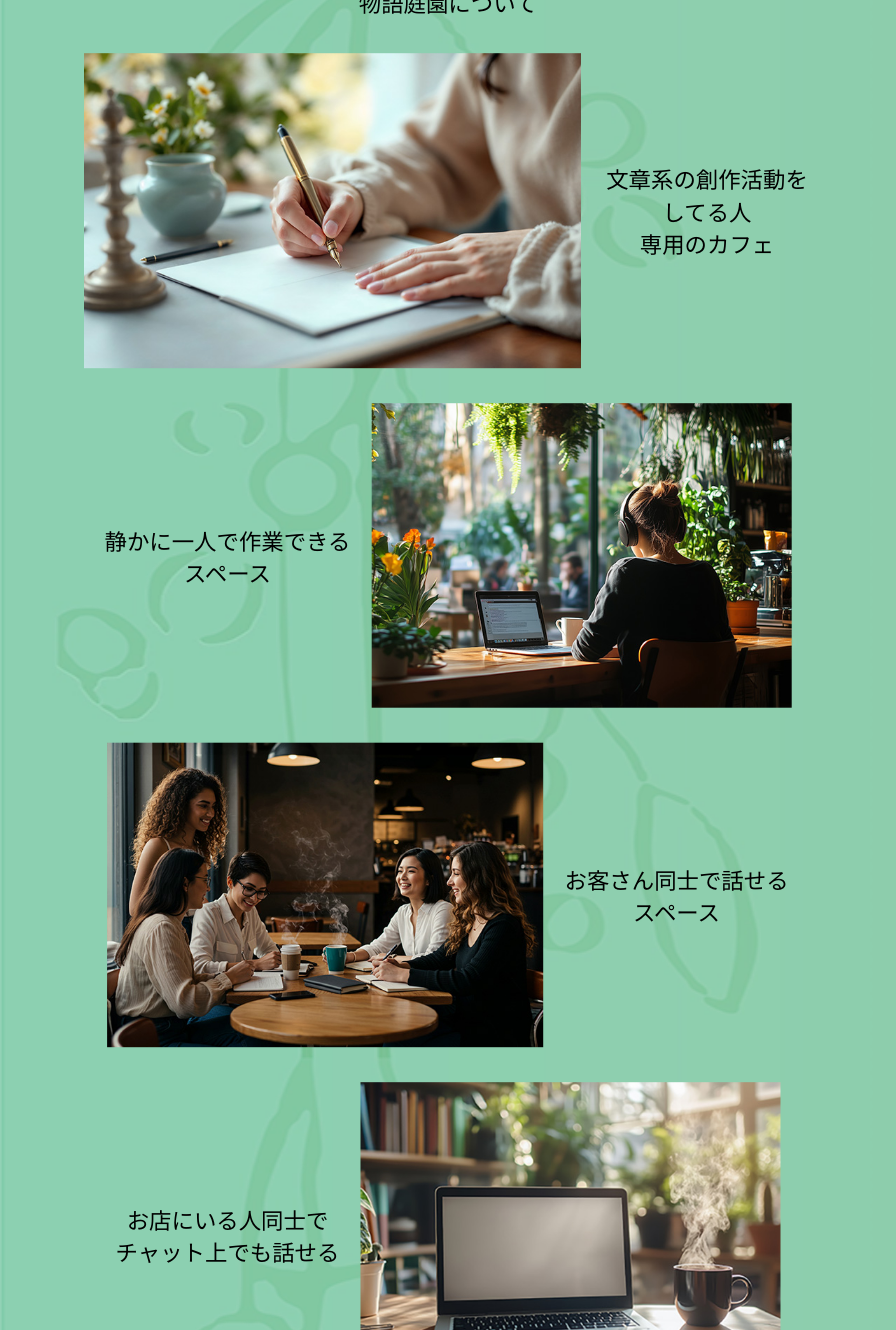
Repository: saka-kou/GardenStory
Page: index.html
These files come from the project's save history. The page is drawn as it stood at one moment and after the next save; the edit follows.
The browser window is 1280 px wide. The pictures show the part of the page from y = 1020 to 2920 px (the page is 5934 px tall before and 5542 px after), at 70% of full size.
A picture or video elsewhere on the page could not be fetched, so the positions and the page height are approximate. Some web fonts or font styles are not loaded; a fallback is used.

Above is the page before, as saved 2025-07-24 15:39:33.

### index.html
<!DOCTYPE html>
<html lang="en">
<head>
    <meta charset="UTF-8">
    <meta name="viewport" content="width=device-width, initial-scale=1.0">
    <link rel="preconnect" href="https://fonts.googleapis.com">
    <link rel="preconnect" href="https://fonts.gstatic.com" crossorigin>
    <link href="https://fonts.googleapis.com/css2?family=Kaisei+Opti&display=swap" rel="stylesheet">

    <title>物語庭園</title>
    <link rel="stylesheet" href="css/index.css">
</head>
<body>
    <header>
        <h1><img src="images/logo.svg" alt="物語庭園ロゴ"></h1>
        <ul id="gnavi" class="consept-text">
            <li>物語庭園について</li>
            <li>メニュー</li>
            <li>利用料金</li>
            <li>アクセス</li>
            <li>トピックス</li>
        </ul>
    </header>
    <h1><img src="images/cafe.svg" alt="カフェ店内" class="mainvisual"></h1>
    <main>
        <div class="aboutWrap">
            <h2 class="consept-text">物語庭園について</h2>
            <div class="write">
                <div class="cafe-ex">
                    <img src="images/write.jpeg" alt="文創" class="leftimg">
                    <p class="consept-text">文章系の創作活動をしてる人<br>
                        専用のカフェ
                    </p>
                </div>
            </div>
            <div class="work">
                <div class="cafe-ex">
                    <p class="consept-text">静かに一人で作業できる<br>
                        スペース
                    </p>
                    <img src="images/work.jpeg" alt="作業" class="rightimag">
                </div>
            </div>
            <div class="talk">
                    <div class="cafe-ex">
                    <img src="images/talk.jpeg" alt="話せる" class="leftimg">
                    <p class="consept-text">お客さん同士で話せる<br>
                        スペース
                    </p>
                </div>
            </div>
            <div class="Website">
                    <div class="cafe-ex">
                    <p class="consept-text">お店にいる人同士で<br>
                        チャット上でも話せる
                    </p>
                    <img src="images/Website.jpeg" alt="Webサイト" class="rightimg">
                </div>
            </div>
        </div>
            <p class="consept-text"><a href="#">詳しくはこちら</a></p>
            <h2>メニュー</h2>
            <div itemWrap>
                <div class="topitem">
                    <div class="menuname">
                        <img src="images/bluemountain.png" alt="ブルーマウンテン">
                        <p class="merchandise">ブルーマウンテン</p>
                        <p>すっきりした飲み口<br>
                        リラックスしたい時におすすめ</p>
                        <p class="price">950円(税込)</p>
                    </div>
                </div>
                <div class="topitem">
                    <img src="images/herbtea.png" alt="ハーブティー">
                    <div class="menuname">
                        <p class="merchandise">ハーブティー</p>
                        <p>やさしい酸味と甘みが特徴<br>
                        気持ちを落ち着けたい時にどうぞ</p>
                        <p class="price">650円(税込)</p>
                    </div>
                </div>
                <div class="middleitem">
                    <div class="menuname">
                        <img src="images/manderin.png" alt="マンデリンコーヒー">
                        <p class="merchandise">マンデリンコーヒー</p>
                        <p>深いコクとほのかな苦味<br>
                        集中したい作業時に最適です</p>
                        <p class="price">650円(税込)</p>
                    </div>
                </div>
                <div class="middleitem">
                    <img src="images/orangejuice.png" alt="オレンジジュース">
                    <div class="menuname">
                        <p class="merchandise">オレンジジュース</p>
                        <p>実は集中できる効果のある飲み物<br>
                        軽やかな酸味で気持ちを切り替えて集中したい時に</p>
                        <p class="price">500円(税込)</p>
                    </div>
                </div>
                <div class="bottomitem">
                    <img src="images/sandwhich.png" alt="サンドウィッチ">
                    <div class="menuname">
                        <p class="merchandise">サンドウィッチ</p>
                        <p>ふんわり食感とやさしい味<br>
                        小腹満たしにちょうどいい一品</p>
                        <p class="price">750円(税込)</p>
                    </div>
                </div>
                <div class="bottomitem">
                    <img src="images/suko-nn.png" alt="スコーン">
                    <div class="menuname">
                        <p class="merchandise">スコーン</p>
                        <p>ほんのり甘くて食べごたえあり<br>
                        小腹が空いた時におすすめです</p>
                        <p class="price">750円(税込)</p>
                    </div>
                </div>
            </div>
    </main>
</body>
</html>

### css/index.css
*{
    margin: 0;
    padding: 0;
}
body{
    background-image: url("../images/壁紙例2.webp");
    background-size: cover;
    background-repeat: repeat;
        font-family: "Kaisei Opti", serif;
    font-weight: 400;
    font-style: normal;
}
header{
    display: flex;
    align-items: center;
    justify-content: space-between;
    background-color: #D9EDDF;
    gap: 210px;
}
.mainvisual{
    width: auto;
    height: 900px;
    text-align: center;
    object-fit: fill;
}
/* .mainvisual img{
    display: block;
    width: 100vw;
    height: 100vh;
} */
main{
    /* padding: 0 auto; */
        margin: 0 120px;
}
#gnavi{
    display: flex;
    list-style-type: none;
    width: 100%;
}

.aboutWrap{
    display: flex;
    flex-direction: column;
    align-items: center;
    gap: 50px;
}
.consept-text{
    font-family: "Kaisei Opti", serif;
    font-weight: 400;
    font-style: normal;
    font-size: 32px;
    text-align: center;
}
.consept-text a{
    display: flex;
    justify-content: right;
}
.cafe-ex{
    /* width: 1320px; */
    display: flex;
    align-items: center;
    gap: 30px;
}
.work{
    gap: 75px;
    display: flex;
}
.write{
    gap: 27px;
    display: flex;
}
.talk{
    gap: 85px;
    display: flex;
}
.Website{
    gap: 75px;
    display: flex;
}
.leftimg{
    display: flex;
    gap: 75px;
}
.rightimg{
    display: flex;

}
.itemWrap{
    display: flex;
    flex-direction: column;
}
.menuname{
    display: flex;
    flex-direction: column;
}
.item{
    font-size: 32px;
}
.price{
    font-size: 32px;
}
.topitem{
    display: flex;
}
.middleitem{
    display: flex;
}
.middleWapper{
    display: flex;
}
.bottomitem{
    display: flex;
}

After the next save:
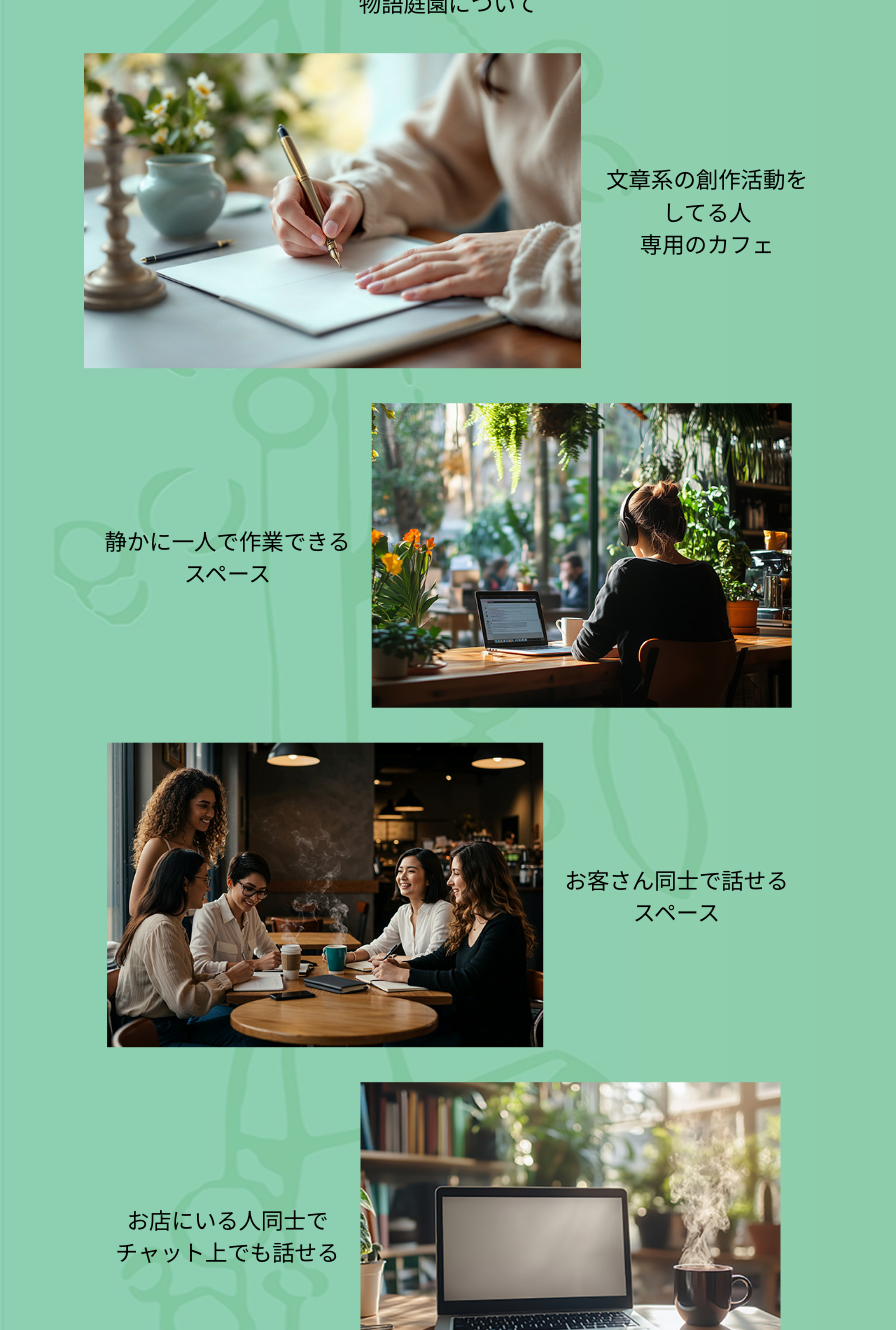
Saved 18 s later.
--- a/index.html
+++ b/index.html
@@ -64,7 +64,7 @@
                 <div class="topitem">
                     <div class="menuname">
                         <img src="images/bluemountain.png" alt="ブルーマウンテン">
-                        <p class="merchandise">ブルーマウンテン</p>
+                        <p class="price">ブルーマウンテン</p>
                         <p>すっきりした飲み口<br>
                         リラックスしたい時におすすめ</p>
                         <p class="price">950円(税込)</p>
@@ -73,34 +73,36 @@
                 <div class="topitem">
                     <img src="images/herbtea.png" alt="ハーブティー">
                     <div class="menuname">
-                        <p class="merchandise">ハーブティー</p>
+                        <p class="price">ハーブティー</p>
                         <p>やさしい酸味と甘みが特徴<br>
                         気持ちを落ち着けたい時にどうぞ</p>
                         <p class="price">650円(税込)</p>
                     </div>
                 </div>
-                <div class="middleitem">
-                    <div class="menuname">
-                        <img src="images/manderin.png" alt="マンデリンコーヒー">
-                        <p class="merchandise">マンデリンコーヒー</p>
-                        <p>深いコクとほのかな苦味<br>
-                        集中したい作業時に最適です</p>
-                        <p class="price">650円(税込)</p>
+                <div class="middleWapper">
+                    <div class="middleitem">
+                        <div class="menuname">
+                            <img src="images/manderin.png" alt="マンデリンコーヒー">
+                            <p class="price">マンデリンコーヒー</p>
+                            <p>深いコクとほのかな苦味<br>
+                            集中したい作業時に最適です</p>
+                            <p class="price">650円(税込)</p>
+                        </div>
                     </div>
-                </div>
-                <div class="middleitem">
-                    <img src="images/orangejuice.png" alt="オレンジジュース">
-                    <div class="menuname">
-                        <p class="merchandise">オレンジジュース</p>
-                        <p>実は集中できる効果のある飲み物<br>
-                        軽やかな酸味で気持ちを切り替えて集中したい時に</p>
-                        <p class="price">500円(税込)</p>
-                    </div>
+                        <div class="middleitem">
+                            <img src="images/orangejuice.png" alt="オレンジジュース">
+                            <div class="menuname">
+                                <p class="price">オレンジジュース</p>
+                                <p>実は集中できる効果のある飲み物<br>
+                                軽やかな酸味で気持ちを切り替えて集中したい時に</p>
+                                <p class="price">500円(税込)</p>
+                            </div>
+                        </div>
                 </div>
                 <div class="bottomitem">
                     <img src="images/sandwhich.png" alt="サンドウィッチ">
                     <div class="menuname">
-                        <p class="merchandise">サンドウィッチ</p>
+                        <p class="price">サンドウィッチ</p>
                         <p>ふんわり食感とやさしい味<br>
                         小腹満たしにちょうどいい一品</p>
                         <p class="price">750円(税込)</p>
@@ -109,7 +111,7 @@
                 <div class="bottomitem">
                     <img src="images/suko-nn.png" alt="スコーン">
                     <div class="menuname">
-                        <p class="merchandise">スコーン</p>
+                        <p class="price">スコーン</p>
                         <p>ほんのり甘くて食べごたえあり<br>
                         小腹が空いた時におすすめです</p>
                         <p class="price">750円(税込)</p>
